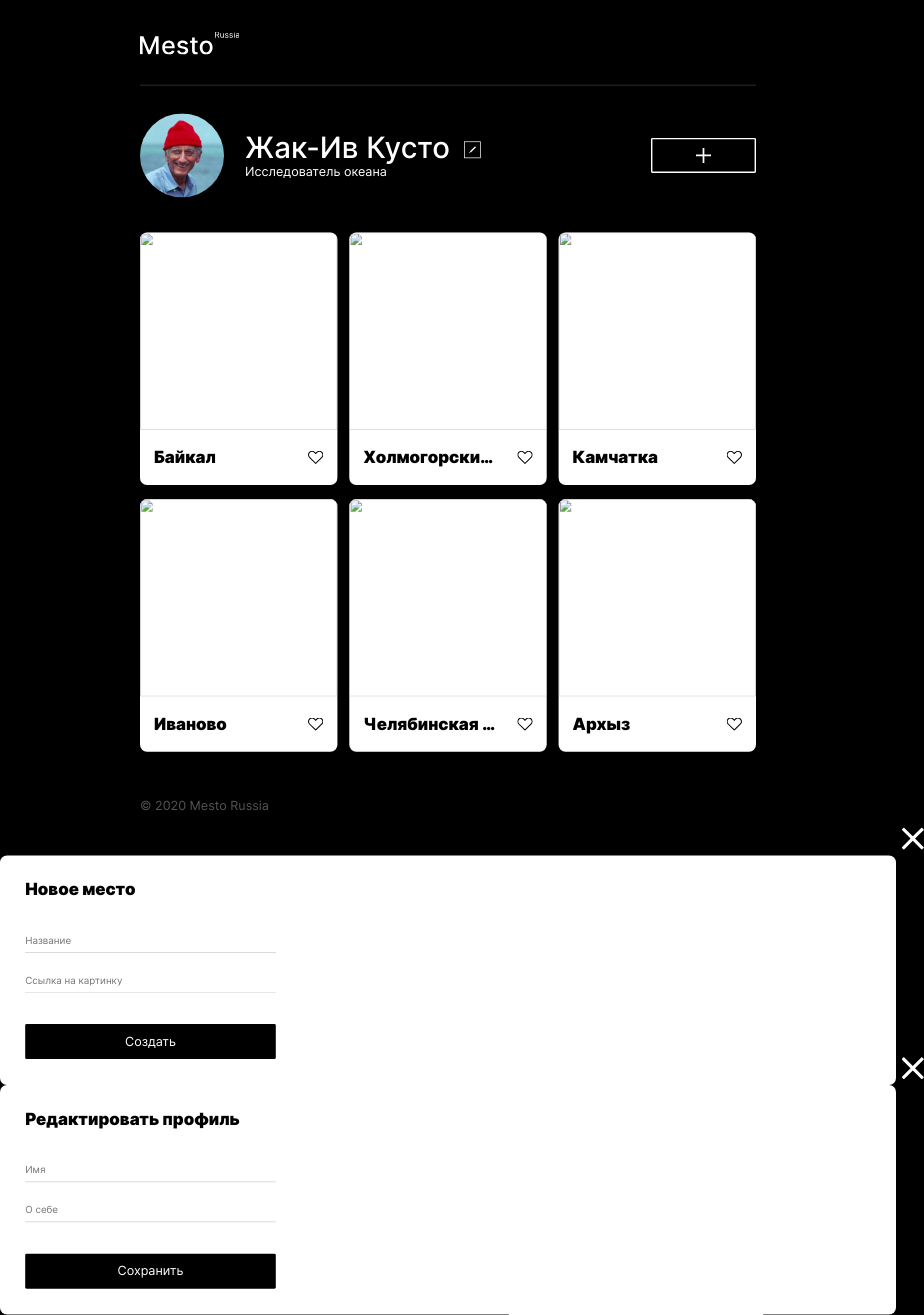
Repository: Akhtool/mesto
Page: index.html
The author's editor kept a copy of each file at every save. The page is drawn from the files as they stood at one save, then again after the next save.
The browser window is 1280 px wide. The page is 1320 px wide, then 1280 px, so the pictures cover 1320 px, including what lies to the right of the window. The pictures show the whole page, at 70% of full size.

Above is the page before, as saved 2023-01-04 13:18:59.

### index.html
<!DOCTYPE html>
<html lang="ru">
<head>
    <meta charset="UTF-8">
    <meta http-equiv="X-UA-Compatible" content="IE=edge">
    <meta name="viewport" content="width=device-width, initial-scale=1.0">
    <link rel="stylesheet" href="pages/index.css">
    <title>Место</title>
</head>
<body class="page">
    <header class="header">
        <a href="#" class="header__logo-link">
            <img src="./images/header__logo.svg" class="header__logo" alt="Логотип сайта Место">
        </a>
    </header>
    <main class="container">
        <section class="profile">
            <img src="./images/profile__image.jpg" alt="Изображение профиля" class="profile__image">
            <div class="profile__info">
                <div class="profile__name-edit">
                    <h1 class="profile__name">Жак-Ив Кусто</h1>
                    <button type="button" class="profile__edit-button" aria-label="edit"></button>
                </div>
                <p class="profile__description">Исследователь океана</p>
            </div>
            <button type="button" class="profile__add-button" aria-label="add"></button>
        </section>
        <section class="cards">
            <ul class="cards__list"></ul>
        </section>
    </main>
    <footer class="footer">
        <p class="footer__copyright">© 2020 Mesto Russia</p>
    </footer>
    <!--Попап просмотра фотографий-->
    <div class="popup popup_type_show-image">
        <div class="popup__container_type_show-image">
          <button type="button" class="popup__close-button popup__close-button_type_show-image"></button>
          <img src="./images/argunskoe-ushelye.jpg" alt="Фотография из карточки" class="popup__image">
          <h3 class="popup__title_type_show-image">Описание фотографии</h3>
        </div>
    </div>
    <!--Попап добавления карточек-->
    <div class="popupa popup_type_add-card">
        <div class="popup__container">
            <h2 class="popup__title">Новое место</h2>
            <form action="#" name="input-form" class="popup__input-form popup__input-form_type_card">
                <input type="text" name="card-name" required class="popup__input popup__input_type_card-name" placeholder="Название">
                <input type="text" name="card-link" class="popup__input popup__input_type_card-link" placeholder="Ссылка на картинку">
                <input type="submit" value="Создать" class="popup__submit">
            </form>
            <button type="button" class="popup__close-button popup__close-button_type_add-card" aria-label="close"></button>
        </div>
    </div>
    <!--Попап редактирования профиля-->
    <div class="popupa popup_type_profile-edit">
        <div class="popup__container">
            <h2 class="popup__title">Редактировать профиль</h2>
            <form action="#" name="input-form" class="popup__input-form popup__input-form_type_profile">
                <input type="text" name="user-name" required class="popup__input popup__input_type_name" placeholder="Имя">
                <input type="text" name="user-description" class="popup__input popup__input_type_description" placeholder="О себе">
                <input type="submit" value="Сохранить" class="popup__submit">
            </form>
            <button type="button" class="popup__close-button popup__close-button_type_profile" aria-label="close"></button>
        </div>
    </div>
    <!-- Шаблон для карточек -->
    <template id="card-template">
        <li class="card">
            <img class="card__image">
            <button type="button" class="card__delete-button"></button>
            <div class="card__info">
                <h2 class="card__name"></h2>
                <button type="button" class="card__like"></button>
            </div>
        </li>
    </template>
    <script src="./scripts/script.js"></script>
</body>
</html>

### pages/index.css
/* root */
@import url(../vendor/normalize.css);
@import url(../vendor/fonts/fonts.css);

/* content */
@import url(../blocks/page/page.css);
@import url(../blocks/container/container.css);

/* header */
@import url(../blocks/header/header.css);
@import url(../blocks/header/__logo-link/header__logo-link.css);
@import url(../blocks/header/__logo/header__logo.css);

/* container */

/* profile */
@import url(../blocks/profile/profile.css);
@import url(../blocks/profile/__image/profile__image.css);
@import url(../blocks/profile/__info/profile__info.css);
@import url(../blocks/profile/__description/profile__description.css);
@import url(../blocks/profile/__add-button/profile__add-button.css);
@import url(../blocks/profile/__name-edit/profile__name-edit.css);
@import url(../blocks/profile/__name/profile__name.css);
@import url(../blocks/profile/__edit-button/profile__edit-button.css);


/* cards */
@import url(../blocks/cards/cards.css);
@import url(../blocks/cards/__list/cards__list.css);


/* card */
@import url(../blocks/card/card.css);
@import url(../blocks/card/__image/card__image.css);
@import url(../blocks/card/__info/card__info.css);
@import url(../blocks/card/__name/card__name.css);
@import url(../blocks/card/__like/card__like.css);
@import url(../blocks/card/__like/_active/card__like_active.css);
@import url(../blocks/card/__delete-button/card__delete-button.css);

/* footer */
@import url(../blocks/footer/footer.css);
@import url(../blocks/footer/__copyright/footer__copyright.css);
/* popup */
@import url(../blocks/popup/popup.css);
@import url(../blocks/popup/_opened/popup_opened.css);
@import url(../blocks/popup/__container/popup__container.css);
@import url(../blocks/popup/__title/popup__title.css);
@import url(../blocks/popup/__input/popup__input.css);
@import url(../blocks/popup/__submit/popup__submit.css);
@import url(../blocks/popup/__close-button/popup__close-button.css);
/* popup_type_show-image */
@import url(../blocks/popup/_type/popup_type_show-image.css);
@import url(../blocks/popup/__container/_type/popup__container_type_show-image.css);
@import url(../blocks/popup/__image/popup__image.css);
@import url(../blocks/popup/__title/_type/popup__title_type_show-image.css);

### scripts/script.js
let editButton = document.querySelector('.profile__edit-button');
let popupEditProfile = document.querySelector('.popup_type_profile-edit');
let popupClose = document.querySelector('.popup__close-button_type_profile');
let formElement = document.querySelector('.popup__input-form_type_profile');
let nameInput = formElement.querySelector('.popup__input_type_name');
let jobInput = formElement.querySelector('.popup__input_type_description');
let profileName = document.querySelector('.profile__name');
let profileDescription = document.querySelector('.profile__description');

function openPopup() {
    nameInput.value = profileName.textContent;
    jobInput.value = profileDescription.textContent;
    popupEditProfile.classList.add('popup_opened');
}
function closePopup() {
    popupEditProfile.classList.remove('popup_opened');
}

function handleFormSubmit (evt) {
    evt.preventDefault();
    profileName.textContent = nameInput.value;
    profileDescription.textContent = jobInput.value;
    closePopup();
}

editButton.addEventListener('click', openPopup);
popupClose.addEventListener('click', closePopup);
formElement.addEventListener('submit', handleFormSubmit);

const initialCards = [
    {
      name: 'Архыз',
      link: 'https://pictures.s3.yandex.net/frontend-developer/cards-compressed/arkhyz.jpg'
    },
    {
      name: 'Челябинская область',
      link: 'https://pictures.s3.yandex.net/frontend-developer/cards-compressed/chelyabinsk-oblast.jpg'
    },
    {
      name: 'Иваново',
      link: 'https://pictures.s3.yandex.net/frontend-developer/cards-compressed/ivanovo.jpg'
    },
    {
      name: 'Камчатка',
      link: 'https://pictures.s3.yandex.net/frontend-developer/cards-compressed/kamchatka.jpg'
    },
    {
      name: 'Холмогорский район',
      link: 'https://pictures.s3.yandex.net/frontend-developer/cards-compressed/kholmogorsky-rayon.jpg'
    },
    {
      name: 'Байкал',
      link: 'https://pictures.s3.yandex.net/frontend-developer/cards-compressed/baikal.jpg'
    }
  ];
  // Список карточек
  const cardsList = document.querySelector('.cards__list');
  // Функция добавление карточек из шаблон
  const createCardElement = (cardName, cardLink) => {
    // Взять содержание из шаблона
    const cardTemplate = document.querySelector('#card-template').content;
    // Клонировать содержание шаблона
    const cardElement = cardTemplate.querySelector('.card').cloneNode(true);
    // Заполнить содержимым
    cardElement.querySelector('.card__name').textContent = cardName;
    cardElement.querySelector('.card__image').src = cardLink;

    // Кнопка лайка
    cardElement.querySelector('.card__like').addEventListener('click', function (evt) {
        evt.target.classList.toggle('card__like_active');
      });

    // Кнопка удаления карточки
    const cardDeleteButton = cardElement.querySelector('.card__delete-button');
    cardDeleteButton.addEventListener('click', function (evt) {
        cardElement.remove();
    });
    return cardElement;
};
// Добить карточку в DOM
const addCardElement = (name, link) => {
    cardsList.prepend(createCardElement(name, link));
};
// Добавление карточек из массива
  const addCard = (array) => {
    array.forEach((element) => {
        addCardElement(element.name, element.link);
    });
  };

  addCard(initialCards);
//попап добавлениея фотографий
  const popupAddCard = document.querySelector ('.popup_type_add-card');
  const addCardButton = document.querySelector('.profile__add-button');
  const cardSaveButton = document.querySelector('.popup__save-button');
  const cardElementName = document.querySelector('.popup__input_type_card-name');
  const cardElementLink = document.querySelector('.popup__input_type_card-link');
  const addCardForm = document.querySelector('.popup__input-form_type_card');
  const popupCloseButton = document.querySelector('.popup__close-button_type_add-card');

  function openAddCardPopup() {
    popupAddCard.classList.add('popup_opened');

  }

  function closeAddCardPopup() {
    popupAddCard.classList.remove('popup_opened');
  }

  function handleAddCardForm (evt) {
    evt.preventDefault();
    addCardElement(cardElementName.value, cardElementLink.value);
    closeAddCardPopup();
}

  popupCloseButton.addEventListener('click', closeAddCardPopup);
  addCardForm.addEventListener('submit', handleAddCardForm);
  addCardButton.addEventListener('click', openAddCardPopup);

### vendor/fonts/fonts.css
@font-face {
    font-family: 'Inter';
    font-style: normal;
    font-weight: 400;
    src: url(./Inter-Regular.woff2) format(woff2),
         url(./Inter-Regular.woff) format(woff);
}

@font-face {
    font-family: 'Inter';
    font-style: normal;
    font-weight: 500;
    src: url(./Inter-Medium.woff2) format(woff2),
         url(./Inter-Medium.woff) format(woff);
}

@font-face {
    font-family: 'Inter';
    font-style: normal;
    font-weight: 900;
    src: url(./Inter-Black.woff2) format(woff2),
         url(./Inter-Black.woff) format(woff);
}

### blocks/page/page.css
.page {
    background-color: #000000;
    box-sizing: border-box;
    font-family: 'Inter', Arial, Helvetica, sans-serif;
    -moz-osx-font-smoothing: grayscale;
    -webkit-font-smoothing: antialiased;
    -webkit-text-size-adjust: 100%;
    -ms-text-size-adjust: 100%;
    -moz-text-size-adjust: 100%;
    text-rendering: optimizeLegibility;
    max-width: 1280px;
    margin: 0 auto;
}

### blocks/container/container.css
.container {
    max-width: 1280px;
    min-width: 320px;
    margin: 0 auto;
}

@media screen and (max-width: 920px) {
    .container {
        padding: 0 27px;
    }

}

@media screen and (max-width: 500px) {
    .container {
        padding: 0;
    }
}

### blocks/header/header.css
.header {
    padding-top: 45px;
    border-bottom: 1px solid rgba(84, 84, 84, .7);
    max-width: 880px;
    margin: 0 auto;
}

@media screen and (max-width: 500px) {
    .header {
        padding-top: 28px;
    }
}

### blocks/header/__logo-link/header__logo-link.css
.header__logo-link {
    display: block;
    max-width: 142px;
    padding-bottom: 40px;
    cursor: pointer;
}

@media screen and (max-width: 920px) {
    .header__logo-link {
        padding-left: 27px;
    }

}

@media screen and (max-width: 500px) {
    .header__logo-link {
        padding-bottom: 30px;
    }
}

### blocks/header/__logo/header__logo.css
.header__logo {
    max-width: 100%;
}

@media screen and (max-width: 500px) {
    .header__logo {
        max-width: 103px;
    }
}

### blocks/profile/profile.css
.profile {
    max-width: 880px;
    margin: 0 auto;
    padding-top: 40px;

    display: flex;
    align-items: center;
}

@media screen and (max-width: 768px) {
    .profile {
        flex-direction: column;
    }
}

### blocks/profile/__image/profile__image.css
.profile__image {
    width: 120px;
    height: 120px;
    border-radius: 50%;
}

@media screen and (max-width: 768px) {
    .profile__image {
        margin-bottom: 26px;
    }
}

### blocks/profile/__info/profile__info.css
.profile__info {
    padding-left: 30px;
    flex: 1;
    flex-grow: 1;
    flex-shrink: 1;
    flex-basis: 0%;
    flex-direction: column;
}

@media screen and (max-width: 768px) {
    .profile__info {
        padding: 0 0 36px 0;
        text-align: center;
    }
}

### blocks/profile/__description/profile__description.css
.profile__description {
    font-family: 'Inter', Arial, Helvetica, sans-serif;
    font-style: normal;
    font-weight: 400;
    font-size: 18px;
    line-height: 22px;
    color: #FFFFFF;
    max-width: 350px;
    text-overflow: ellipsis;
    white-space: nowrap;
    overflow: hidden;

    padding: 0;
    margin: 0;
}

@media screen and (max-width: 500px) {
    .profile__description {
        font-size: 14px;
        line-height: 17px;
        margin: 0 auto;
        max-width: 200px;
    }
}

### blocks/profile/__add-button/profile__add-button.css
.profile__add-button {
    width: 150px;
    height: 50px;
    border: 2px solid #FFFFFF;
    border-radius: 2px;
    background-color: transparent;
    background-image: url(../../../images/add-button__image.svg);
    background-position: center;
    background-repeat: no-repeat;
    background-size: 22px;
}

.profile__add-button:hover {
    opacity: .6;
    cursor: pointer;
    transition: opacity .2s linear;
}

@media screen and (max-width: 768px) {
    .profile__add-button {
        width: 282px;
        background-size: 16px;
    }
}

### blocks/profile/__name-edit/profile__name-edit.css
.profile__name-edit {
    display: flex;
    align-items: baseline;
    gap: 20px;
    flex-direction: row;
}

@media screen and (max-width: 500px) {
    .profile__name-edit {
        gap: 10px;
    }
}

### blocks/profile/__name/profile__name.css
.profile__name {
    font-family: 'Inter', Arial, Helvetica, sans-serif;
    font-style: normal;
    font-weight: 500;
    font-size: 42px;
    line-height: 48px;
    color: #FFFFFF;
    max-width: 350px;
    text-overflow: ellipsis;
    white-space: nowrap;
    overflow: hidden;

    padding: 0;
    margin: 0;
}

@media screen and (max-width: 768px) {
    .profile__name {
        padding-bottom: 14px;
    }
}

@media screen and (max-width: 500px) {
    .profile__name {
        font-size: 27px;
        line-height: 33px;
        margin-left: 27px;
        padding-bottom: 6px;
        max-width: 200px;
    }
}

### blocks/profile/__edit-button/profile__edit-button.css
.profile__edit-button {
    width: 24px;
    height: 24px;
    box-sizing: border-box;
    border: 1px solid #FFFFFF;
    background-color: transparent;
    background-image: url(../../../images/edit-button.svg);
    background-position: center;
    background-repeat: no-repeat;
    background-size: 10px;
}

.profile__edit-button:hover {
    opacity: .6;
    cursor: pointer;
    transition: opacity .2s linear;
}

@media screen and (max-width: 500px) {
    .profile__edit-button {
        width: 18px;
        height: 18px;
    }
}

### blocks/cards/cards.css
.cards {
    max-width: 880px;
    margin: 0  auto;
    padding-top: 50px;
}

@media screen and (max-width: 500px) {
    .cards {
        padding-top: 35px;
    }
}

### blocks/cards/__list/cards__list.css
.cards__list {
    display: grid;
    grid-template-columns: repeat(auto-fit, 282px);
    column-gap: 17px;
    row-gap: 20px;
    box-sizing: border-box;
    padding: 0;
    margin: 0 auto;
    list-style: none;
}

@media screen and (max-width: 920px) {
    .cards__list {
        justify-content: center;
    }

}

### blocks/card/card.css
.card {
    position: relative;
    box-sizing: border-box;
    max-width: 282px;
    border-radius: 10px;
    overflow: hidden;
    background-color: #fff;
    margin: 0;
    padding: 0;
}

### blocks/card/__image/card__image.css
.card__image {
    display: block;
    width: 282px;
    height: 282px;
    transition: .2s linear;
}

### blocks/card/__info/card__info.css
.card__info {
    display: flex;
    justify-content: space-between;
    align-items: center;
    padding: 25px 20px 25px 20px;
    box-sizing: border-box;
}

### blocks/card/__name/card__name.css
.card__name {
    padding: 0;
    margin: 0;
    max-width: 195px;
    font-family: 'Inter', Arial, Helvetica, sans-serif;
    font-style: normal;
    font-weight: 900;
    font-size: 24px;
    line-height: 29px;
    text-overflow: ellipsis;
    white-space: nowrap;
    overflow: hidden;
    color: #000000;
}

### blocks/card/__like/card__like.css
.card__like {
    padding: 0;
    margin: 0;
    min-width: 22px;
    min-height: 19px;
    background-color: transparent;
    background-image: url(../../../images/like-button_disabled.svg);
    background-position: center;
    background-repeat: no-repeat;
    background-size: contain;
    border: 0;
    transition: .7s all;
}

.card__like:hover {
    opacity: .5;
    cursor: pointer;
    transition: opacity .2s linear;
}

### blocks/card/__like/_active/card__like_active.css
.card__like_active {
    background: url(../../../../images/like-button_active.svg) center no-repeat;
    transition: .7s all;
}

### blocks/card/__delete-button/card__delete-button.css
.card__delete-button{
    position: absolute;
    top: 20px;
    right: 20px;
    width: 18px;
    height: 19px;
    border: none;
    background-image: url(../../../images/delete-button.svg);
    background-repeat: no-repeat;
    background-position: center;
    background-size: cover;
    background-color: rgba(0, 0, 0, 0);
    cursor: pointer;
}

.card__delete-button:hover {
    opacity: .6;
    transition: opacity .7s ease;
}

### blocks/footer/footer.css
.footer {
    max-width: 880px;
    margin: 0 auto;
    padding: 66px 0 60px;
}

@media screen and (max-width: 500px) {
    .footer {
        padding-top: 48px;
        padding-bottom: 36px;
    }
}

### blocks/footer/__copyright/footer__copyright.css
.footer__copyright {
    font-family: 'Inter', Arial, Helvetica, sans-serif;
    font-style: normal;
    font-weight: 400;
    font-size: 18px;
    line-height: 22px;
    color: #545454;
    padding: 0;
    margin: 0;
}

@media screen and (max-width: 920px) {
    .footer__copyright {
        padding-left: 27px;
    }

}

@media screen and (max-width: 500px) {
    .footer__copyright {
        font-size: 14px;
        line-height: 17px;
        padding-left: 19px;
    }
}

### blocks/popup/popup.css
.popup {
    position: fixed;
    display: none;
    justify-content: center;
    align-items: center;
    top: 0;
    right: 0;
    bottom: 0;
    left: 0;
    width: 100%;
    height: 100vh;
    background-color: rgba(0, 0, 0, .5);
    /* visibility: hidden;
    opacity: 0;
    z-index: -1;
    transition: opacity .3s visibility .3s z-index .3s; */
  }

### blocks/popup/_opened/popup_opened.css
.popup_opened {
    display: flex;
    /* visibility: visible;
    opacity: 1;
    z-index: 5;
    transition: opacity .3s; */
}

### blocks/popup/__container/popup__container.css
.popup__container {
    display: flex;
    flex-direction: column;
    justify-content: space-between;
    box-sizing: border-box;
    margin: 0 auto;
    padding: 34px 36px 37px 36px;
    position: relative;
    min-width: 430px;
    background-color: #fff;
    border-radius: 10px;
}

@media screen and (max-width: 500px) {
    .popup__container {
        justify-content: flex-start;
        min-width: 282px;
        padding: 22px 22px;
    }
}

### blocks/popup/__title/popup__title.css
.popup__title {
    font-family: 'Inter', Arial, Helvetica, sans-serif;
    font-style: normal;
    font-weight: 900;
    font-size: 24px;
    line-height: 29px;
    color: #000000;
    margin: 0 0 44px 0;
}

@media screen and (max-width: 500px) {
    .popup__title {
      font-size: 18px;
      margin-bottom: 65px;
    }
  }

### blocks/popup/__input/popup__input.css
.popup__input {
    display: block;
    margin: 0;
    padding: 0;
    width: 358px;
    height: 27px;
    outline: none;
    border: 0;
    border-bottom: 1px solid rgba(0, 0, 0, 0.2);
    padding-bottom: 4px;
    font-family: 'Inter', Arial, Helvetica, sans-serif;
    font-style: normal;
    font-weight: 400;
    font-size: 14px;
    line-height: 17px;
    color: #000000;
  }

  .popup__input:first-child {
    margin-bottom: 25px;
  }

  .popup__input:nth-child(2) {
    margin-bottom: 45px;
  }

  @media screen and (max-width: 500px) {
    .popup__input {
      width: 238px;
      height: 27px;
    }
  }

### blocks/popup/__submit/popup__submit.css
.popup__submit {
    box-sizing: border-box;
    border: 0;
    background: #000000;
    border-radius: 2px;
    color: #fff;
    cursor: pointer;
    font-family: 'Inter', Arial, Helvetica, sans-serif;
    font-style: normal;
    font-weight: 400;
    font-size: 18px;
    line-height: 22px;
    text-align: center;
    min-width: 358px;
    min-height: 50px;
}

.popup__submit:hover {
    opacity: .8;
  }

  @media screen and (max-width: 500px) {
    .popup__submit {
      height: 46px;
      font-size: 14px;
      line-height: 17px;
      min-width: 238px;
      min-height: 46px;
    }
  }

### blocks/popup/__close-button/popup__close-button.css
.popup__close-button {
    position: absolute;
    background-image: url(../../../images/close-button.svg);
    background-size: contain;
    background-repeat: no-repeat;
    background-position: center;
    background-color: transparent;
    border: 0;
    outline: none;
    width: 32px;
    height: 32px;
    top: -40px;
    right: -40px;
    cursor: pointer;
  }

  .popup__close-button:hover {
    opacity: .6;
  }

  @media screen and (max-width: 635px) {
    .popup__close-button {
      width: 20px;
      height: 20px;
      top: -38px;
      right: 0;
    }
  }

### blocks/popup/__container/_type/popup__container_type_show-image.css
.popup__container_type_show-image {
    display: flex;
    align-items: center;
    flex-direction: column;
    justify-content: center;
    position: absolute;
    top: 0;
    left: 0;
    bottom: 0;
    right: 0;
    visibility: visible;
    border: 1px solid red;
}

### blocks/popup/__title/_type/popup__title_type_show-image.css
.popup__title_type_show-image {
    margin: 0;
    font-weight: 400;
    font-size: 12px;
    line-height: 15px;
    margin-top: 10px;
}

Loaded but not shown: vendor/normalize.css (library); blocks/popup/__image/popup__image.css (common file); blocks/popup/_type/popup_type_show-image.css (no stored copy; drawn as an empty file)

After the next save:
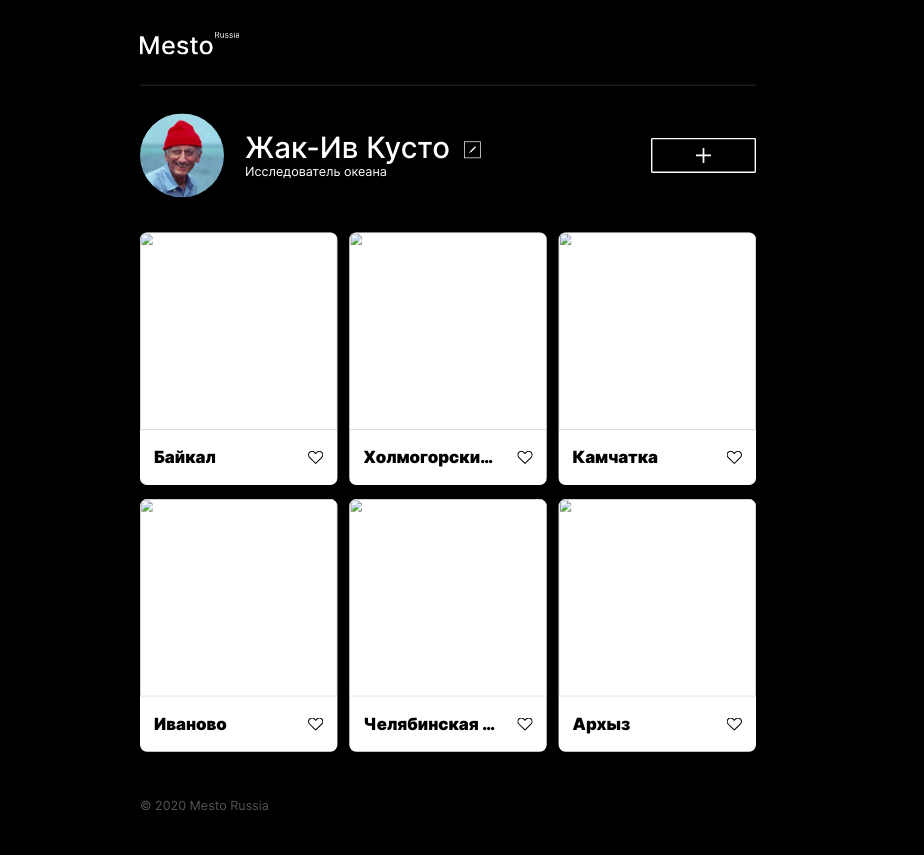
Saved 6 s later.
--- a/index.html
+++ b/index.html
@@ -41,7 +41,7 @@
         </div>
     </div>
     <!--Попап добавления карточек-->
-    <div class="popupa popup_type_add-card">
+    <div class="popup popup_type_add-card">
         <div class="popup__container">
             <h2 class="popup__title">Новое место</h2>
             <form action="#" name="input-form" class="popup__input-form popup__input-form_type_card">
@@ -53,7 +53,7 @@
         </div>
     </div>
     <!--Попап редактирования профиля-->
-    <div class="popupa popup_type_profile-edit">
+    <div class="popup popup_type_profile-edit">
         <div class="popup__container">
             <h2 class="popup__title">Редактировать профиль</h2>
             <form action="#" name="input-form" class="popup__input-form popup__input-form_type_profile">
